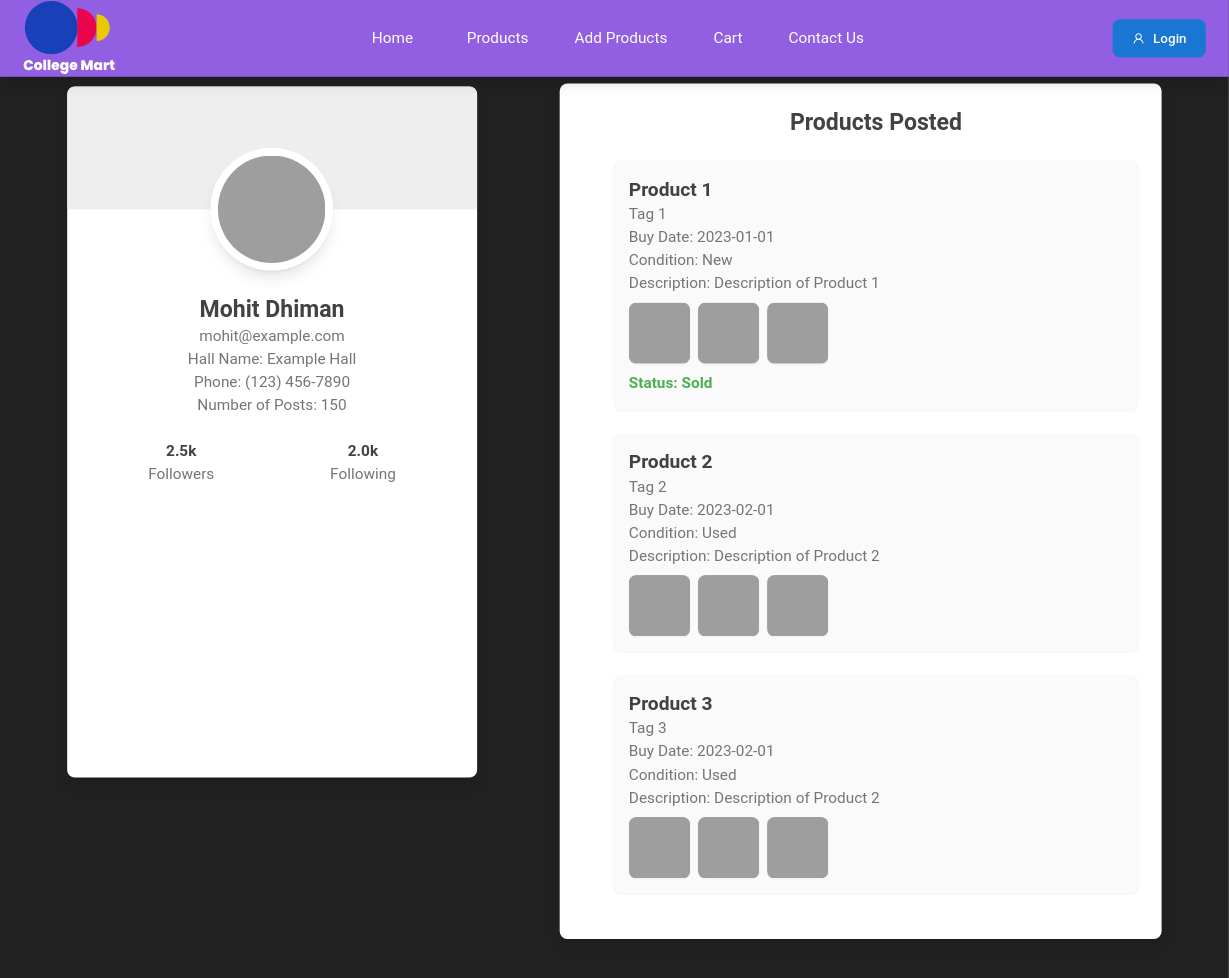
Repository: kumar1397/College-Mart
Page: /home/profile
An editor plug-in stored every save of this project. The page is shown before and after the next save, followed by the edit.
The browser window is 1280 px wide. The pictures show the whole page, at 96% of full size.
Pictures or frames that could not be fetched are drawn as grey boxes. Some web fonts or font styles are not loaded; a fallback is used. Some web libraries are served in a nearby version. The project was rebuilt for these pictures with package versions that can differ from the ones it lists, and the page was loaded fresh each time. Also part of the build but not shown: src/components/forgetPassword/forgetpassword.jsx, src/components/Auth.js, src/components/hero/Heronavbar.jsx, src/components/hero/footer.jsx, src/components/hero/Carousel.jsx, src/components/hero/Hero.jsx, src/components/new-home-page/header.jsx, src/components/new-home-page/footer_cont.jsx and 12 more.

Above is the page before, as saved 2024-07-15 16:08:41.

After the next save:
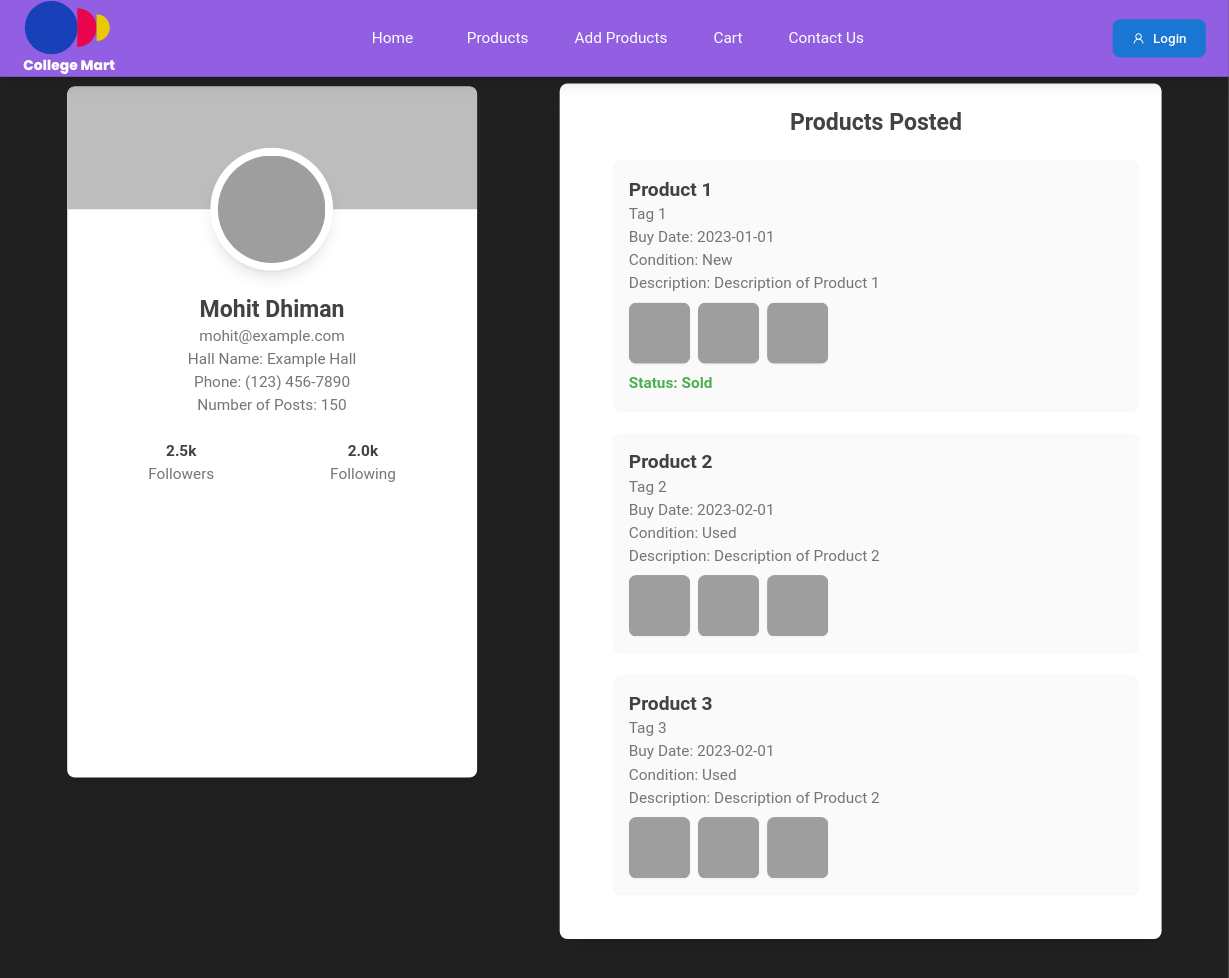
Saved 38 s later.
--- a/src/components/profile/profile.jsx
+++ b/src/components/profile/profile.jsx
@@ -40,7 +40,7 @@ export default function Profile() {
             <div className="bg-gray-900 min-h-screen flex">
                 <div className="container mx-auto my-16 flex">
                     <div className="lg:w-1/3 bg-white rounded-lg shadow-lg overflow-hidden h-full fixed " style={{ marginRight: "65%", marginTop: "2%", marginBottom: "2%"}}>
-                        <div className="h-32 bg-gray-200"></div>
+                        <div className="h-32 bg-gray-400"></div>
                         <div className="flex justify-center -mt-16">
                             <img className="h-32 w-32 bg-white p-2 rounded-full shadow-lg" src="https://images.unsplash.com/photo-1535713875002-d1d0cf377fde?ixid=MnwxMjA3fDB8MHxwaG90by1wYWdlfHx8fGVufDB8fHx8&ixlib=rb-1.2.1&auto=format&fit=crop&w=2000&q=80" alt="Profile" />
                         </div>
